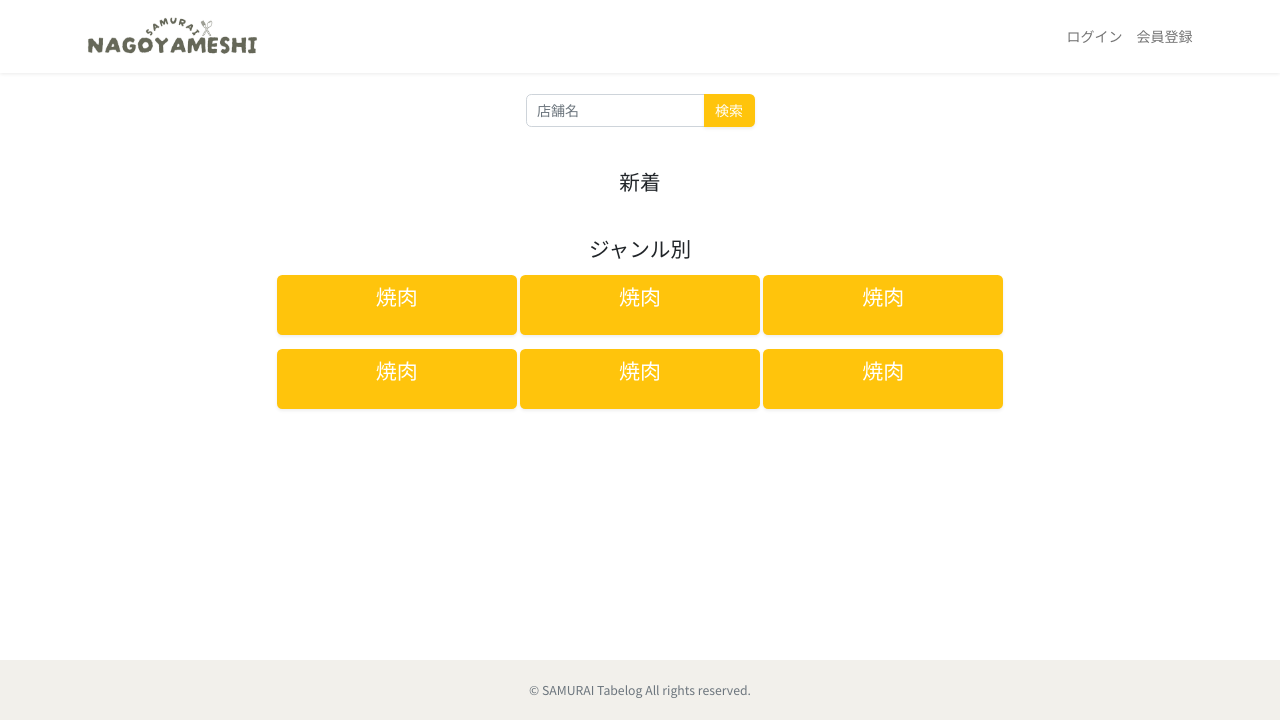
Repository: Mofu-Ya/springboot-tabelog-kadai
Page: http://localhost/index
These files come from the project's save history. The page is drawn as it stood at one moment and after the next save; the edit follows.
The browser window is 1280 px wide. The pictures show the whole page.
The page is this project's Thymeleaf template; nobody is signed in. The template is opened directly, without the code that normally fills it, so the values that code supplies are empty.

Above is the page before, as saved 2025-01-18 02:13:16.

### kadai_002/samuraitabelog/src/main/resources/templates/index.html
<!DOCTYPE html>
<html xmlns:th="https://www.thymeleaf.org" xmlns:sec="http://www.thymeleaf.org/extras/spring-security">
	<head>
		<div th:replace="~{fragment :: meta}"></div>
        <div th:replace="~{fragment :: styles}"></div>

		<title>SAMURAI tabelog</title>
	</head>
	<body>
		<div class="samuraitabelog-wrapper">
             <!-- ヘッダー -->
             <div th:replace="~{fragment :: header}"></div>

             <main>
                 <div class="container pt-4 pb-5 samuraitabelog-container">
                     <div th:if="${param.loggedIn}" class="alert alert-info">
                         ログインしました。
                     </div>

                     <div th:if="${param.loggedOut}" class="alert alert-info">
                         ログアウトしました。
                     </div>

                     <div th:if="${successMessage}" class="alert alert-info">
						 <span th:text="${successMessage}"></span>
                     </div>

                     <div th:if="${errorMessage}" class="alert alert-info">
						 <span th:text="${errorMessage}"></span>
                     </div>

                     <div class="d-flex justify-content-center">
                         <form method="get" th:action="@{/restaurants}" class="mb-5 samuraitabelog-search-form">
                             <div class="input-group">
                                 <input type="text" class="form-control" name="keyword" th:value="${keyword}" placeholder="店舗名">
                                 <button type="submit" class="btn text-white shadow-sm samuraitabelog-btn">検索</button>
                             </div>
                         </form>
                     </div>

                     <h2 class="text-center mb-3">新着</h2>
                     <div class="row row-cols-lg-5 row-cols-2 g-3 mb-5">
                         <div class="col" th:each="newRestaurant : ${newRestaurants}">
                             <a th:href="@{/restaurants/__${newRestaurant.getId()}__}" class="link-dark samuraitabelog-card-link">
                                 <div class="card h-100">
                                     <img th:if="${newRestaurant.getImageName()}" th:src="@{/storage/__${newRestaurant.getImageName()}__}" class="card-img-top samuraitabelog-vertical-card-image" alt="店舗画像">
                                     <img th:unless="${newRestaurant.getImageName()}" th:src="@{/images/noImage.png}" class="card-img-top samuraitabelog-vertical-card-image" alt="NO IMAGE">
                                     <div class="card-body">
                                         <h3 class="card-title" th:text="${newRestaurant.getName()}"></h3>
                                         <p class="card-text mb-1">
                                             <small class="text-muted" th:text="${newRestaurant.getAddress()}"></small>
                                         </p>
                                         <p class="card-text">
                                             <span th:text="${#numbers.formatInteger(newRestaurant.getLowestPrice(), 1, 'COMMA') + '円 / 泊'}"></span>
                                         </p>
                                     </div>
                                 </div>
                             </a>
                         </div>
                     </div>

                     <h2 class="text-center mb-3">ジャンル別</h2>
<!--                     <div class="col col-lg-10 col-10 mb-3 justify-content-center">-->

						 <div class="row mb-3">
							 <div class="col text-center">
							<a class="btn text-white shadow-sm category-btn samuraitabelog-btn" th:href="@{/restaurants}">焼肉</a>
						 	<a class="btn text-white shadow-sm category-btn samuraitabelog-btn" th:href="@{/restaurants}">焼肉</a>
						 	<a class="btn text-white shadow-sm category-btn samuraitabelog-btn" th:href="@{/restaurants}">焼肉</a>
						 	</div>
						 </div>
						 <div class="row mb-3">
							<div class="col text-center">
							<a class="btn text-white shadow-sm category-btn samuraitabelog-btn" th:href="@{/restaurants}">焼肉</a>
						 	<a class="btn text-white shadow-sm category-btn samuraitabelog-btn" th:href="@{/restaurants}">焼肉</a>
						 	<a class="btn text-white shadow-sm category-btn samuraitabelog-btn" th:href="@{/restaurants}">焼肉</a>
						 	</div>
						 </div>

<!--                     </div>-->


                 </div>
             </main>

             <!-- フッター -->
             <div th:replace="~{fragment :: footer}"></div>
         </div>

    	<div th:replace="~{fragment :: scripts}"></div>
	</body>
</html>

### kadai_002/samuraitabelog/src/main/resources/templates/fragment.html
<!DOCTYPE html>
	<html xmlns:th="https://www.thymeleaf.org" xmlns:sec="http://www.thymeleaf.org/extras/spring-security">
    <head>
        <!-- meta要素の部品化 -->
        <div th:fragment="meta" th:remove="tag">
            <meta charset="UTF-8">
            <meta name="viewport" content="width=device-width, initial-scale=1">
        </div>

        <!-- link要素の部品化 -->
        <div th:fragment="styles" th:remove="tag">
            <!-- Bootstrap -->
            <link href="https://cdn.jsdelivr.net/npm/bootstrap@5.2.3/dist/css/bootstrap.min.css" rel="stylesheet" integrity="sha384-rbsA2VBKQhggwzxH7pPCaAqO46MgnOM80zW1RWuH61DGLwZJEdK2Kadq2F9CUG65" crossorigin="anonymous">

            <!-- Google Fonts -->
            <link rel="preconnect" href="https://fonts.googleapis.com">
            <link rel="preconnect" href="https://fonts.gstatic.com" crossorigin>
            <link href="https://fonts.googleapis.com/css2?family=Noto+Sans+JP:wght@400;500&display=swap" rel="stylesheet">

            <link th:href="@{/css/style.css}" rel="stylesheet" >
        </div>

        <title>部品化用のHTMLファイル</title>
    </head>
    <body>
		<!-- ヘッダーの部品化 -->
        <div th:fragment="header" th:remove="tag">
            <nav class="navbar navbar-expand-md navbar-light bg-white shadow-sm samuraitabelog-navbar">
                <div class="container samuraitabelog-container">
                    <a class="navbar-brand" th:href="@{/}">
                        <img class="samuraitabelog-logo me-1" th:src="@{/images/logo.png}" alt="NAGOYAMESHI">
                    </a>

                    <button class="navbar-toggler" type="button" data-bs-toggle="collapse" data-bs-target="#navbarSupportedContent" aria-controls="navbarSupportedContent" aria-expanded="false" aria-label="Toggle navigation">
                         <span class="navbar-toggler-icon"></span>
                     </button>

                     <div class="collapse navbar-collapse" id="navbarSupportedContent">
                         <ul class="navbar-nav ms-auto">
                             <!-- 未ログインであれば表示する -->
                             <li class="nav-item" sec:authorize="isAnonymous()">
                                 <a class="nav-link" th:href="@{/login}">ログイン</a>
                             </li>
                             <li class="nav-item" sec:authorize="isAnonymous()">
                                 <a class="nav-link" th:href="@{/signup}">会員登録</a>
                             </li>

                             <!-- ログイン済みの無料会員であれば表示する -->
                             <li class="nav-item dropdown" sec:authorize="hasRole('GENERAL_FREE')">
                                 <a id="navbarDropdownGeneral" class="nav-link dropdown-toggle" href="#" role="button" data-bs-toggle="dropdown" aria-haspopup="true" aria-expanded="false" v-pre>
                                     <span sec:authentication="principal.user.name"></span>
                                 </a>

                                 <div class="dropdown-menu dropdown-menu-end" aria-labelledby="navbarDropdownGeneral">
                                     <a class="dropdown-item samuraitabelog-dropdown-item" th:href="@{/user}">会員情報</a>

                                     <div class="dropdown-divider"></div>

                                     <a class="dropdown-item samuraitabelog-dropdown-item" th:href="@{/logout}" onclick="event.preventDefault(); document.getElementById('logout-form').submit();">
                                         ログアウト
                                     </a>
                                     <form class="d-none" id="logout-form" th:action="@{/logout}" method="post"></form>
                                 </div>
                             </li>

                             <!-- ログイン済みの有料会員であれば表示する -->
                             <li class="nav-item dropdown" sec:authorize="hasAnyRole('GENERAL_PAID', 'OWNER_ADMIN')">
                                 <a id="navbarDropdownGeneral" class="nav-link dropdown-toggle" href="#" role="button" data-bs-toggle="dropdown" aria-haspopup="true" aria-expanded="false" v-pre>
                                     <span sec:authentication="principal.user.name"></span>
                                 </a>

                                 <div class="dropdown-menu dropdown-menu-end" aria-labelledby="navbarDropdownGeneral">
                                     <a class="dropdown-item samuraitabelog-dropdown-item" th:href="@{/user}">会員情報</a>
                                     <a class="dropdown-item samuraitabelog-dropdown-item" th:href="@{/reservations}">予約一覧</a>

                                     <div class="dropdown-divider"></div>

                                     <a class="dropdown-item samuraitabelog-dropdown-item" th:href="@{/logout}" onclick="event.preventDefault(); document.getElementById('logout-form').submit();">
                                         ログアウト
                                     </a>
                                     <form class="d-none" id="logout-form" th:action="@{/logout}" method="post"></form>
                                 </div>
                             </li>

                             <!-- 管理者であれば表示する -->
                             <li class="nav-item dropdown" sec:authorize="hasRole('ADMIN')">
                                 <a id="navbarDropdownAdmin" class="nav-link dropdown-toggle" href="#" role="button" data-bs-toggle="dropdown" aria-haspopup="true" aria-expanded="false" v-pre>
                                     管理者メニュー
                                 </a>

                                 <div class="dropdown-menu dropdown-menu-end" aria-labelledby="navbarDropdownAdmin">
									 <a class="dropdown-item samuraitabelog-dropdown-item" th:href="@{/user}">会員情報</a>
									 <a class="dropdown-item samuraitabelog-dropdown-item" th:href="@{/admin/users}">会員一覧</a>
                                     <a class="dropdown-item samuraitabelog-dropdown-item" th:href="@{/admin/restaurants}">飲食店一覧</a>

                                     <div class="dropdown-divider"></div>

                                     <a class="dropdown-item samuraitabelog-dropdown-item" th:href="@{/logout}" onclick="event.preventDefault(); document.getElementById('logout-form').submit();">
                                         ログアウト
                                     </a>
                                     <form class="d-none" id="logout-form" th:action="@{/logout}" method="post"></form>
                                 </div>
                             </li>
                         </ul>
                     </div>
                </div>
            </nav>
        </div>

		<!-- フッターの部品化 -->
        <div th:fragment="footer" th:remove="tag">
            <footer>
                <div class="d-flex justify-content-center align-items-center h-100">
                    <p class="text-center text-muted small mb-0">&copy; SAMURAI Tabelog All rights reserved.</p>
                </div>
            </footer>
        </div>

        <!-- script要素の部品化 -->
        <div th:fragment="scripts" th:remove="tag">
            <!-- Bootstrap -->
            <script src="https://cdn.jsdelivr.net/npm/bootstrap@5.2.3/dist/js/bootstrap.bundle.min.js" integrity="sha384-kenU1KFdBIe4zVF0s0G1M5b4hcpxyD9F7jL+jjXkk+Q2h455rYXK/7HAuoJl+0I4" crossorigin="anonymous"></script>
        </div>
    </body>
</html>

### kadai_002/samuraitabelog/src/main/resources/static/css/style.css
html {
  font-size: 14px;
}

body {
  font-family: 'Noto Sans JP', sans-serif;
}

h1 {
  font-size: 1.5rem;
}

h2 {
  	font-size: 1.475rem;
}

h3 {
	font-size: 1.25rem;
}

a {
/*  color: #5196a6;*/
  color: #005133;
  text-decoration: none !important;
}

a:hover {
    color: #407784;
}

footer {
  width: 100%;
  height: 60px;
  position: absolute;
  bottom: 0;
  background-color: #f2f0eb;
}

.samuraitabelog-wrapper {
  min-height: 100vh;
  position: relative;
  padding-bottom: 60px;
  box-sizing: border-box;
}

.samuraitabelog-navbar {
  min-height: 60px;
}

.samuraitabelog-logo {
  height: 50px;
}


.samuraitabelog-btn {
/*  background-color: #5196a6 !important;   */
  background-color: #FFC40C !important;
  transition: 0.1s;
}

.samuraitabelog-btn:hover {
  opacity: 0.8;
}

.samuraitabelog-page-link {
/*  color: #5196a6;*/
  color: #FFC40C;;
}

.samuraitabelog-page-link:hover {
  color: #407784;
}

.samuraitabelog-active {
/*  background-color: #5196a6 !important;*/
/*  border-color: #5196a6 !important;*/
  background-color: #FFC40C !important;
  border-color: #FFC40C !important;
}

.samuraitabelog-pre-wrap {
	/* 改行文字で行を折り返す */
	white-space: pre-wrap;
}

.samuraitabelog-link-danger {
     color: #f2594b;
 }

 .samuraitabelog-link-danger:hover {
     color: #a63c3c;
 }

 .samuraitabelog-btn-danger {
     background-color: #f2594b !important;
     transition: 0.1s;
 }

 .samuraitabelog-btn-danger:hover {
   opacity: 0.8;
 }

.samuraitabelog-dropdown-item:active {
   background-color: #5196a6;
 }

.samuraitabelog-card-link {
	transition: 0.3s;
}

.samuraitabelog-card-link:hover {
	opacity: 0.7;
}

.samuraitabelog-horizontal-card-image {
	width: 100%;
	height: 240px;
	object-fit: cover;
}

.samuraitabelog-sort-box {
   width: 150px;
 }

.samuraitabelog-vertical-card-image {
   width: 100%;
   height: 150px;
   object-fit: cover;
}

 .samuraitabelog-search-form {
     max-width: 300px;
 }

 .samuraitabelog-timepicker-form {
     height: 34px;
/*     border-color: lightgrey;*/
     border: 1px solid lightgrey;
     border-radius: 4px;
     padding: 10px;
 }

 /* ベースのFlatpickrスタイルをカスタマイズ */
.flatpickr-time {
    display: flex;
    justify-content: center;
    align-items: center;
    gap: 5px;
/*    font-family: 'Arial', sans-serif;*/
    font-family: 'Noto Sans JP', sans-serif;
    background-color: #f7f9fc;
/*    background-color:red;*/
    border-radius: 8px;
    padding: 10px;
/*    width: 200px;*/
    box-shadow: 0 4px 8px rgba(0, 0, 0, 0.1);
    overflow: hidden; /* 外枠を見切れさせない */
}

/* 不要な分・秒を非表示 */
.flatpickr-time .flatpickr-minute {
    display: none !important; /* 完全に非表示にする */
}

/*.flatpickr-time .flatpickr-minute .arrow {*/
/*    display: none !important;  完全に非表示にする */
/*}*/


/* 時間選択の各要素 */
.flatpickr-time .flatpickr-hour　{
    width: 70px;
    height: 40px;
    overflow: hidden;
    border-radius: 5px;
    border: 1px solid #ccc;
/*    border: 1px solid red;*/
    background-color: white;
    text-align: center;
    font-size: 1.2rem;
/*    font-weight: bold;*/
    line-height: 40px;
    color: #333;
    cursor: pointer;
    user-select: none;
    transition: all 0.2s ease-in-out;
}

/* 選択中の要素 */
.flatpickr-time .flatpickr-hour:hover,
.flatpickr-time .flatpickr-minute:hover,
.flatpickr-time .flatpickr-second:hover,
.flatpickr-time .flatpickr-am-pm:hover {
    background-color: #eaf3ff;
    color: #007bff;
    transform: scale(1.1);
}

/* ドラムロールのエフェクト風 */
.flatpickr-time .flatpickr-hour,
.flatpickr-time .flatpickr-minute,
.flatpickr-time .flatpickr-second {
    display: flex;
    flex-direction: column;
    align-items: center;
    justify-content: center;
    position: relative;
    height: auto;
}

/* 確認画面の Card のスタイル */
.confirm-card {
	width: 90%;
	max-width: 600px;
}

.confirm-card-body {
	padding: 20px;
}

.confirm-card-btn {
	width: 120px;
}

.complete-card-btn {
	width: 180px;
}

.category-btn {
	width: 240px;
	height: 60px;
	font-size: 1.5rem;
}


.samuraitabelog-cancel-btn {
	color: #FFC40C !important;
	background-color: white !important;
	border: 1px solid #FFC40C;
  	transition: 0.1s;
}

.samuraitabelog-cancel-btn:hover {
	color:  #191C16 !important;
	background-color: #B4BBAB !important;
	border: 1px solid #FFC40C;
  	opacity: 0.6;
}

/*.flatpickr-time .flatpickr-hour:before,*/
/*.flatpickr-time .flatpickr-minute:before,*/
/*.flatpickr-time .flatpickr-second:before {*/
/*    content: "";*/
/*    position: absolute;*/
/*    top: 0;*/
/*    width: 100%;*/
/*    height: 50%;*/
/*    background: linear-gradient(to bottom, rgba(255, 255, 255, 0.9), rgba(255, 255, 255, 0));*/
/*    z-index: 1;*/
/*}*/

/*.flatpickr-time .flatpickr-hour:after,*/
/*.flatpickr-time .flatpickr-minute:after,*/
/*.flatpickr-time .flatpickr-second:after {*/
/*    content: "";*/
/*    position: absolute;*/
/*    bottom: 0;*/
/*    width: 100%;*/
/*    height: 50%;*/
/*    background: linear-gradient(to top, rgba(255, 255, 255, 0.9), rgba(255, 255, 255, 0));*/
/*    z-index: 1;*/
/*}*/


@media screen and (min-width: 1400px) {
  .samuraitabelog-container {
    max-width: 1200px;
  }
}

After the next save:
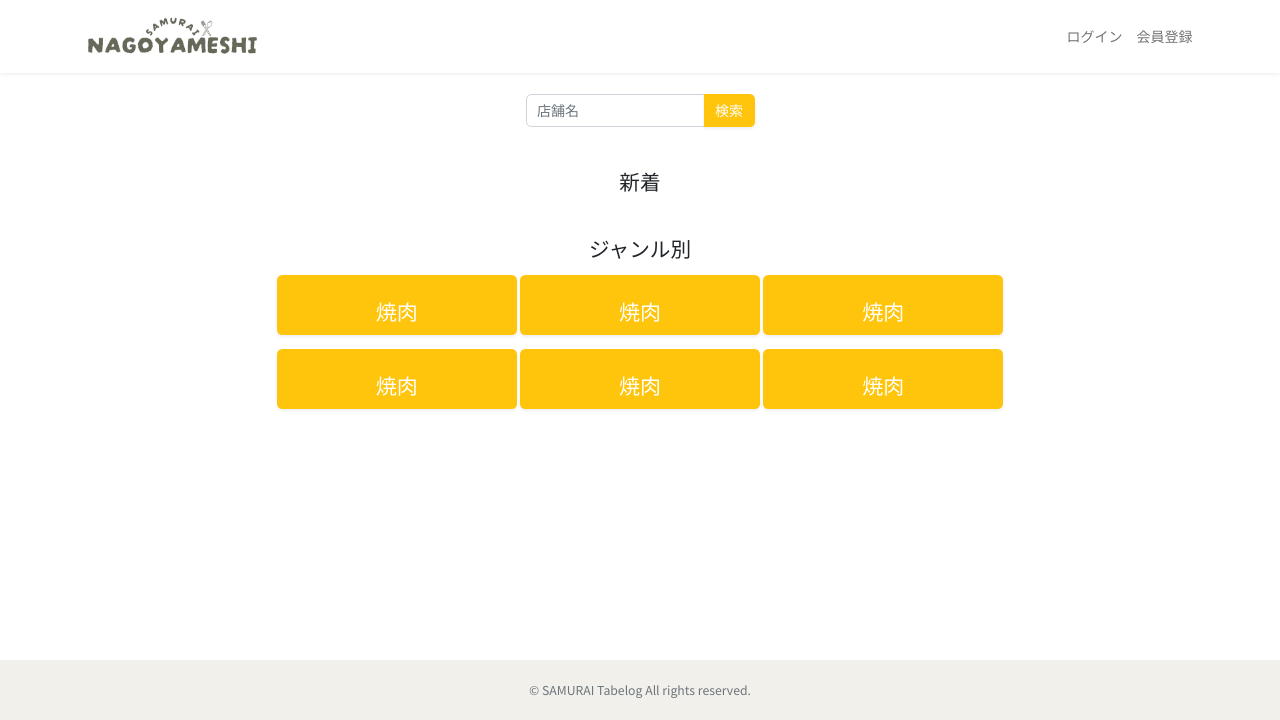
Saved 3 min 6 s later.
--- a/kadai_002/samuraitabelog/src/main/resources/static/css/style.css
+++ b/kadai_002/samuraitabelog/src/main/resources/static/css/style.css
@@ -230,6 +230,9 @@ footer {
 	width: 240px;
 	height: 60px;
 	font-size: 1.5rem;
+	line-height: 60px; /* 行の高さをボタンの高さと同じに設定 */
+    text-align: center; /* 水平方向の中央揃え */
+    vertical-align: middle; /* 垂直方向の中央揃え */
 }
 
 
